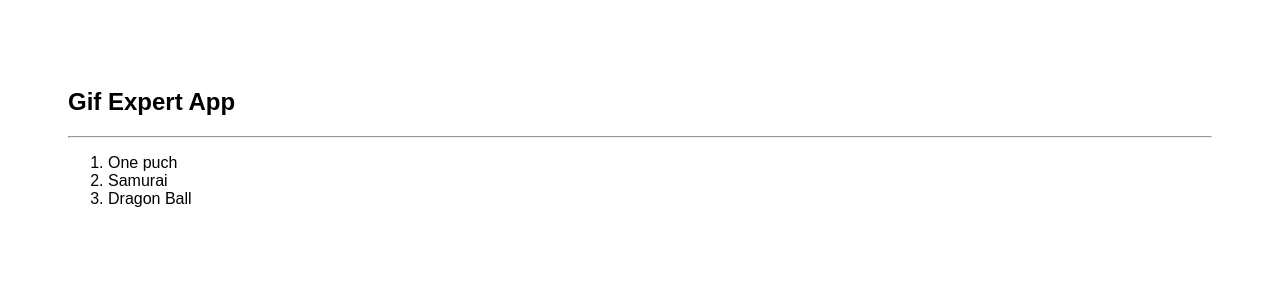
Repository: ppfeliuu/gifs-app
Page: /
An editor plug-in stored every save of this project. The page is shown before and after the next save, followed by the edit.
The browser window is 1280 px wide. The pictures show the whole page.
The project was rebuilt for these pictures with package versions that can differ from the ones it lists, and the page was loaded fresh each time.

Above is the page before, as saved 2021-05-25 22:08:44.

After the next save:
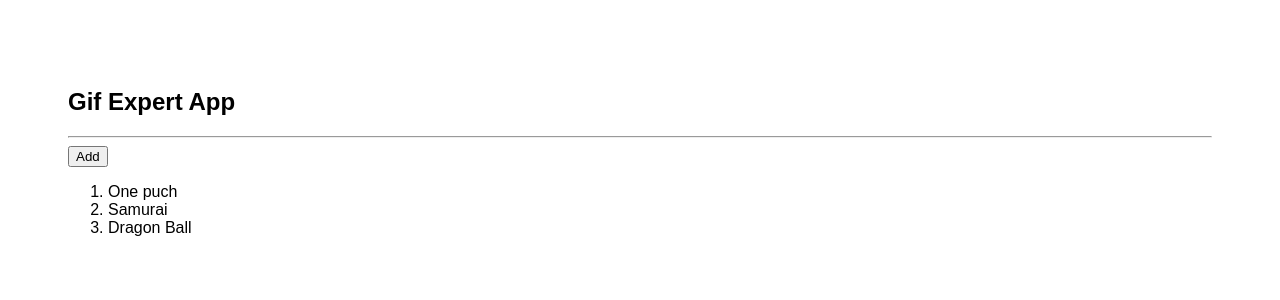
Saved 59 s later.
--- a/src/GifExpertApp.js
+++ b/src/GifExpertApp.js
@@ -6,6 +6,8 @@ export const GifExpertApp = () => {
     <div>
       <h2>Gif Expert App</h2>
       <hr />
+
+      <button>Add</button>
 
       <ol>
         {categories.map((category) => (
